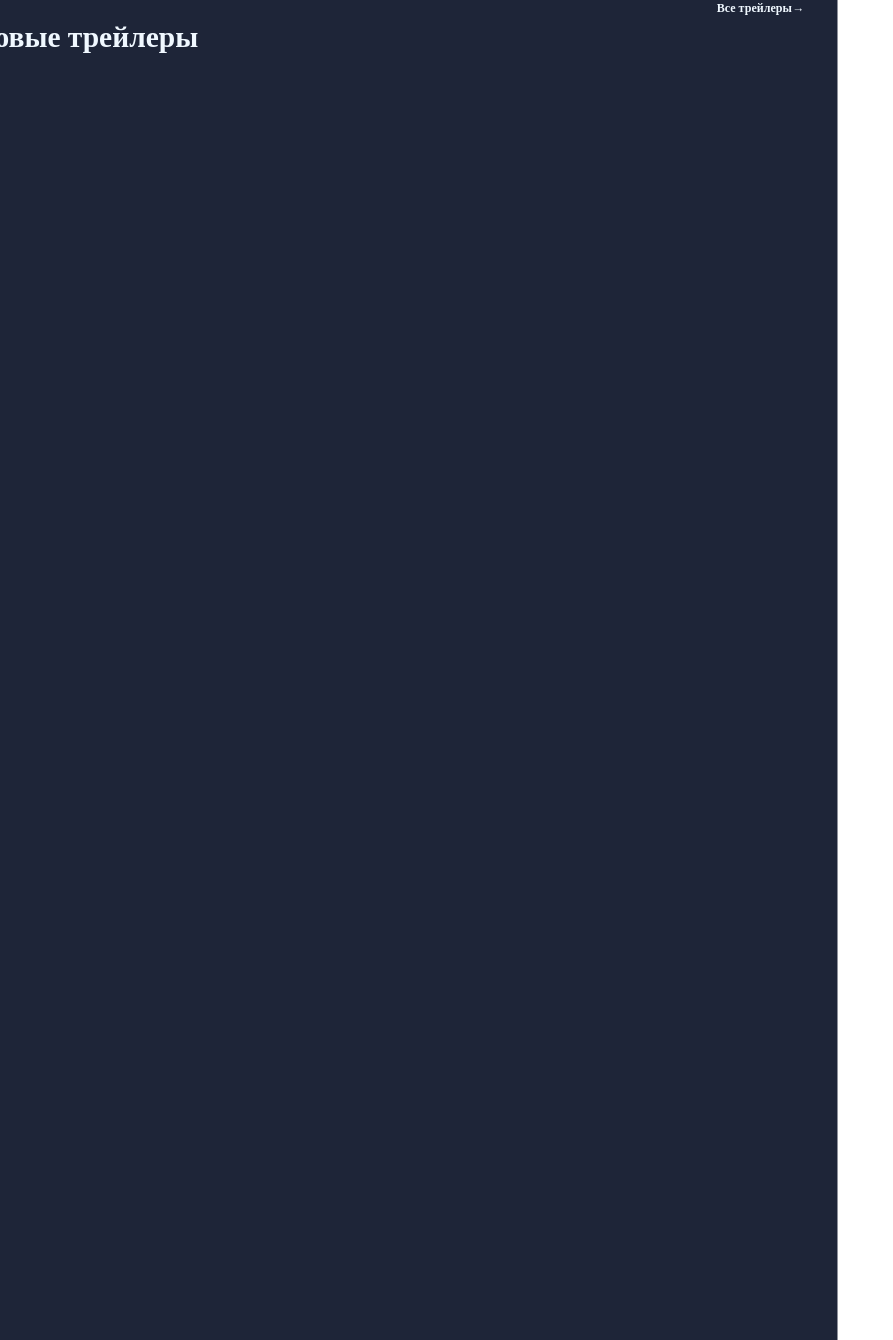
Repository: KHANas02/code
Page: index.html
The author's editor kept a copy of each file at every save. The page is drawn from the files as they stood at one save, then again after the next save.
The browser window is 1280 px wide. The page is 1333 px wide, then 1280 px, so the pictures cover 1333 px, including what lies to the right of the window. The pictures show the whole page, at 67% of full size.
The pointer rests on the first visible `h1`.

Above is the page before, as saved 2024-03-14 13:40:18.

After the next save:
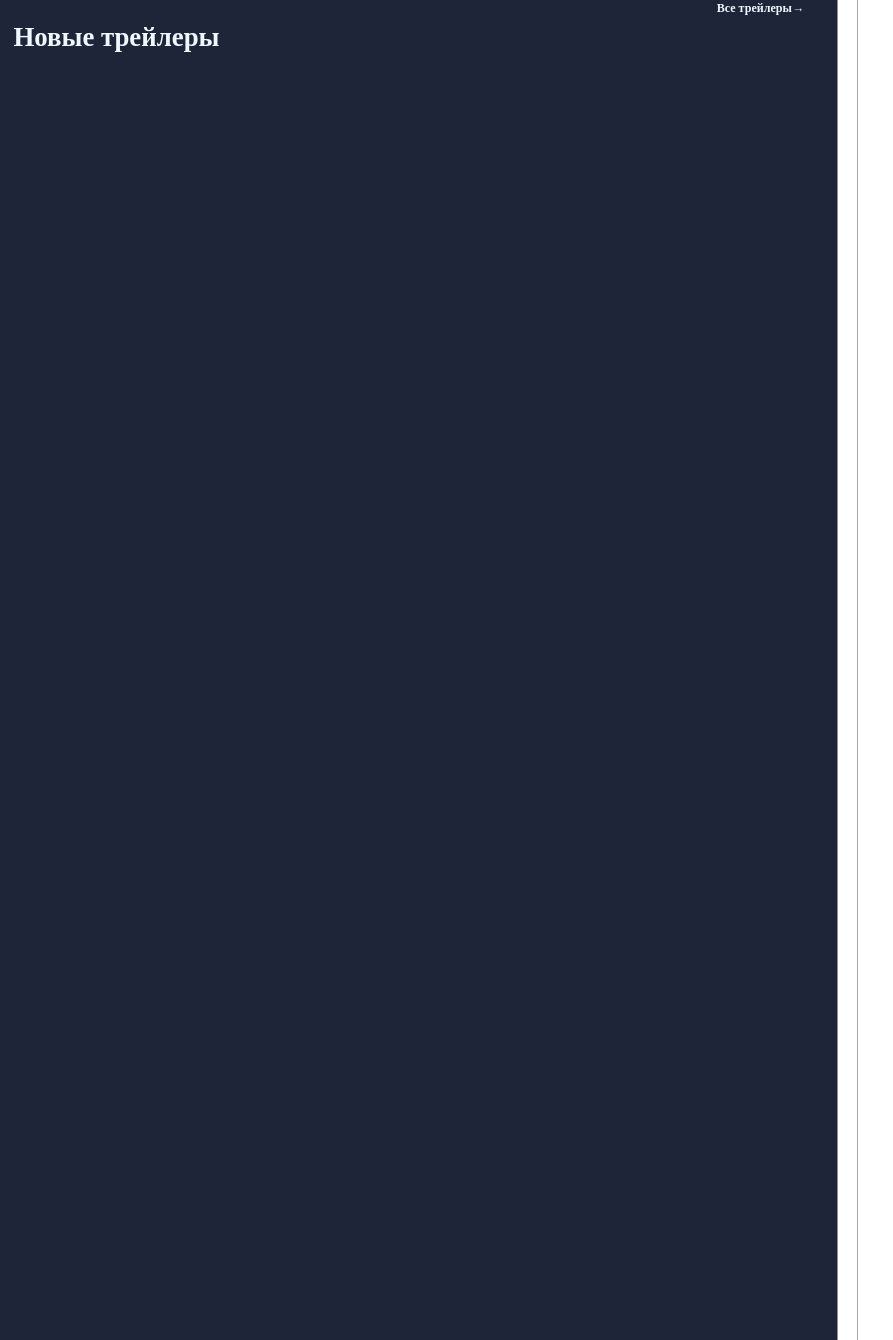
Saved 13 s later.
--- a/style.css
+++ b/style.css
@@ -4,7 +4,7 @@
   box-sizing: border-box;
 }
 h1:hover {
-  transform: scale(1.1);
+  transform: skew(1.1);
 }
 .divONE {
   width: 1250px;
